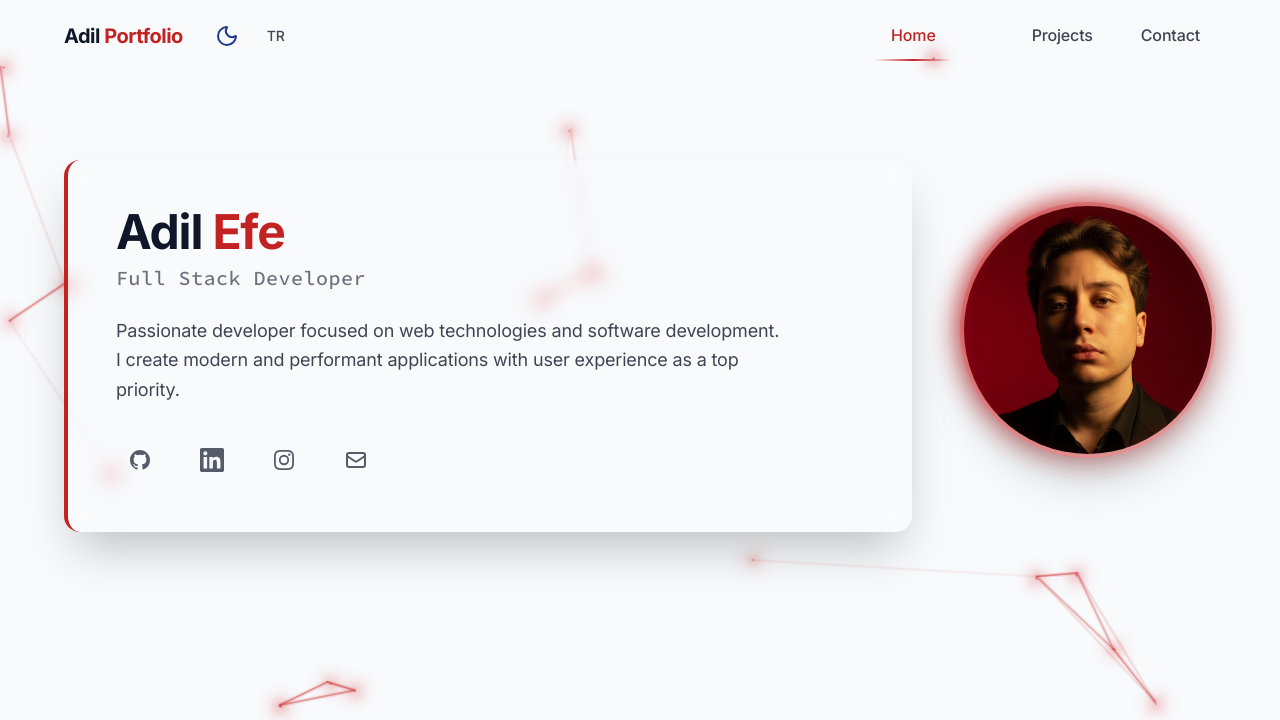
Repository: jusiann/personal-portfolio
Page: / (app in my-portfolio/)
These files come from the project's save history. The page is drawn as it stood at one moment and after the next save; the edit follows.
The browser window is 1280 px wide. The pictures show the whole page.
The project was rebuilt for these pictures with package versions that can differ from the ones it lists, and the page was loaded fresh each time. Also part of the build but not shown: my-portfolio/vite.config.js, my-portfolio/src/pages/About.jsx, my-portfolio/src/pages/Projects.jsx, my-portfolio/src/pages/Contact.jsx, my-portfolio/src/pages/NotFound.jsx.

Above is the page before, as saved 2025-11-20 15:08:46.

### my-portfolio/index.html
<!doctype html>
<html lang="en">
  <head>
    <meta charset="UTF-8" />
    <link rel="icon" type="image/svg+xml" href="/vite.svg" />
    <meta name="viewport" content="width=device-width, initial-scale=1.0" />
    <link rel="preconnect" href="https://fonts.googleapis.com">
    <link rel="preconnect" href="https://fonts.gstatic.com" crossorigin>
    <link href="https://fonts.googleapis.com/css2?family=Inter:wght@300;400;500;600;700;800&family=Source+Code+Pro:wght@400;500;600&display=swap" rel="stylesheet">
    <title>my-portfolio</title>
  </head>
  <body>
    <div id="root"></div>
    <script type="module" src="/src/main.jsx"></script>
  </body>
</html>

### my-portfolio/src/App.jsx
import { BrowserRouter, Routes, Route, Navigate, useLocation } from "react-router-dom"
import { AnimatePresence } from "framer-motion"
import { Home } from "./pages/Home";
import { About } from "./pages/About";
import { Projects } from "./pages/Projects";
import { Contact } from "./pages/Contact";
import { NotFound } from "./pages/NotFound";

function AnimatedRoutes() {
  const location = useLocation();

  return (
    <AnimatePresence mode="wait">
      <Routes location={location} key={location.pathname}>

        {/* TURKISH ROUTES */}
        <Route path="/" element={<Navigate to="/en" replace />} />
        <Route path="/tr" element={<Home />}/>
        <Route path="/tr/about" element={<About />}/>
        <Route path="/tr/projects" element={<Projects />}/>
        <Route path="/tr/contact" element={<Contact />}/>

        {/* ENGLISH ROUTES */}
        <Route path="/en" element={<Home />}/>
        <Route path="/en/about" element={<About />}/>
        <Route path="/en/projects" element={<Projects />}/>
        <Route path="/en/contact" element={<Contact />}/>
        <Route path="*" element={<NotFound />} />
      </Routes>
    </AnimatePresence>
  );
}

function App() {
  return (
    <BrowserRouter>
      <AnimatedRoutes />
    </BrowserRouter>
  )
}

export default App

### my-portfolio/src/pages/Home.jsx
import {CrimsonWebBackground} from "../components/CrimsonWebBackground";
import {Navbar} from "../components/Navbar";
import {PageTransition} from "../components/PageTransition";
import {HomeCard} from "../components/HomeCard";

export const Home = () => {
    return (
        <PageTransition>
        <div className="
                        min-h-screen
                        bg-background
                        text-foreground
                        overflow-x-hidden">

            {/* BACKGROUND EFFECTS */}
            <CrimsonWebBackground />

            {/* NAVBAR */}
            <Navbar />

            {/* MAIN CONTENT */}
            <HomeCard />
        </div>
        </PageTransition>
    );
};

### my-portfolio/src/components/Navbar.jsx
import {cn} from "../lib/utils";
import {Menu, X} from "lucide-react";
import {useEffect, useState} from "react";
import {useLocation, Link} from "react-router-dom";
import {translations} from "../lib/translations";
import {ThemeToggle} from "./ThemeToggle";
import {LanguageToggle} from "./LanguageToggle";

export const Navbar = () => {
  const [isScrolled, setIsScrolled] = useState(false);
  const [isMenuOpen, setIsMenuOpen] = useState(false);
  const location = useLocation();
  const lang = location.pathname.startsWith('/en') ? 'en' : 'tr';

  const navItems = [
    { name: translations[lang].home, href: `/${lang}` },
    { name: translations[lang].skills, href: `/${lang}/skills`},
    { name: translations[lang].projects, href: `/${lang}/projects` },
    { name: translations[lang].contact, href: `/${lang}/contact` },
  ];

  const isActiveRoute = (href) => {
    if (href === `/${lang}`) {
      return location.pathname === `/${lang}` || location.pathname === `/${lang}/`;
    }
    return location.pathname.startsWith(href);
  };

  useEffect(() => {
    const handleScroll = () => {
      setIsScrolled(window.scrollY > 10);
    };

    window.addEventListener("scroll", handleScroll);
    return () => window.removeEventListener("scroll", handleScroll);
  }, []);

  return (
    <nav
      className={cn(
        "fixed top-0 left-0 right-0 w-full z-50 transition-all duration-300 py-5",
        isScrolled ? "bg-background/80 backdrop-blur-md shadow-lg" : "bg-transparent"
      )}
    >
      <div className="w-[90%] mx-auto flex items-center justify-between h-8">
        <div className="flex items-center gap-6">
          <a
            className="text-xl font-heading font-bold text-primary flex items-center"
            href="#hero"
          >
            <span className="relative z-10">
              <span className="text-glow/50 text-foreground"> Adil </span>{" "}
              Portfolio
            </span>
          </a>

          <div className="flex items-center gap-2">
            <ThemeToggle />
            <LanguageToggle />
          </div>
        </div>

        <div className="hidden md:flex items-center space-x-4">
          {
            navItems.map((item, key) => (
              <Link
                key={key}
                to={item.href}
                className={`relative px-4 py-3 font-medium transition-colors duration-300 group ${
                  isActiveRoute(item.href)
                    ? 'text-primary'
                    : 'text-foreground/80 hover:text-primary'
                }`}
              >
                <div className={`absolute bottom-0 left-0 w-full h-0.5 bg-linear-to-r from-transparent via-primary to-transparent transition-transform duration-500 origin-center ${
                  isActiveRoute(item.href)
                    ? 'scale-x-100'
                    : 'scale-x-0 group-hover:scale-x-100'
                }`}
                />

                <span className="relative z-10">
                  {item.name}
                </span>
              </Link>
          ))}
        </div>

        <button
          onClick={() => setIsMenuOpen((prev) => !prev)}
          className="md:hidden p-2 text-foreground z-50 hover:text-primary transition-colors duration-300"
          aria-label={isMenuOpen ? "Close Menu" : "Open Menu"}
        >
          {isMenuOpen ? <X size={24} /> : <Menu size={24} />}
        </button>

        <div
          className={cn(
            "fixed inset-0 bg-background/95 backdrop-blur-md z-40 flex flex-col items-center justify-center",
            "transition-all duration-300 md:hidden",
            isMenuOpen
              ? "opacity-100 pointer-events-auto"
              : "opacity-0 pointer-events-none"
          )}
        >
          <div className="flex flex-col space-y-8 text-xl">
            {
              navItems.map((item, key) => (
                <Link
                  key={key}
                  to={item.href}
                  className={`relative px-4 py-2 transition-colors duration-300 group ${
                    isActiveRoute(item.href)
                      ? 'text-primary'
                      : 'text-foreground/80 hover:text-primary'
                  }`}
                  onClick={() => setIsMenuOpen(false)}
                >
                  <div className={`absolute bottom-0 left-0 w-full h-0.5 bg-linear-to-r from-transparent via-primary to-transparent transition-transform duration-500 ${
                    isActiveRoute(item.href)
                      ? 'scale-x-100'
                      : 'scale-x-0 group-hover:scale-x-100'
                  }`} />

                  <span className="relative z-10">
                    {item.name}
                  </span>
                </Link>
            ))}
          </div>
        </div>
      </div>
    </nav>
  );
};

### my-portfolio/src/components/PageTransition.jsx
import {motion} from 'framer-motion';

export const PageTransition = ({ children }) => {
    return (
        <>
            {children}

            {/* LEFT TRIANGLE */}
            <motion.div
                className="fixed inset-0 bg-background z-100 pointer-events-none"
                style={{
                    clipPath: 'polygon(0% 0%, 100% 0%, 0% 100%)',
                }}
                initial={{ x: '0%' }}
                animate={{ x: '-100%' }}
                transition={{
                    duration: 0.6,
                    ease: [0.65, 0, 0.35, 1],
                    delay: 0.4
                }}
            />

            {/* RIGHT TRIANGLE */}
            <motion.div
                className="fixed inset-0 bg-background z-100 pointer-events-none"
                style={{
                    clipPath: 'polygon(100% 0%, 100% 100%, 0% 100%)',
                }}
                initial={{ x: '0%' }}
                animate={{ x: '100%' }}
                transition={{
                    duration: 0.6,
                    ease: [0.65, 0, 0.35, 1],
                    delay: 0.4
                }}
            />

            {/* RED DIAGONAL LINE */}
            <motion.div
                className="fixed inset-0 pointer-events-none z-101"
                style={{
                    background: 'linear-gradient(to bottom right, transparent calc(50% - 2px), rgb(220, 38, 38) calc(50% - 2px), rgb(220, 38, 38) calc(50% + 2px), transparent calc(50% + 2px))',
                    filter: 'drop-shadow(0 0 8px rgb(220, 38, 38))',
                }}
                initial={{ opacity: 1 }}
                animate={{ opacity: 0 }}
                transition={{
                    duration: 0.3,
                    ease: "easeOut",
                    delay: 0.3
                }}
            />
        </>
    );
};

### my-portfolio/src/components/HomeCard.jsx
import {HomeImage} from "./HomeImage";
import {SocialLinks} from "./SocialLinks";
import {useLanguage} from "../lib/utils";

export const HomeCard = () => {
    const {t} = useLanguage();

    return (
        <div className="relative w-[90%] mx-auto py-8 mt-32 flex items-center gap-12">
            <div
                className="
                    relative
                    flex-1
                    bg-card/10
                    backdrop-blur-sm
                    rounded-2xl
                    border-l-4
                    border-primary
                    shadow-2xl
                    p-8
                    md:p-12
                    transition-all
                    duration-500
                    hover:scale-[1.01]
                    animate-fade-in
                "
            >
                <div className="relative z-10">
                    <div className="md:hidden mb-8">
                        <HomeImage
                            src="/src/assets/images/profile_photo.png"
                            alt={`${t('profile_name')} ${t('profile_surname')}`}
                        />
                    </div>

                    <div className="text-center md:text-left mb-6 animate-fade-in-delay-2">
                        <h1 className="
                            text-4xl
                            md:text-5xl
                            font-heading
                            font-bold
                            text-foreground
                            mb-2
                            tracking-tight
                        ">
                            {t('profile_name')}{' '}
                            <span className="text-primary">
                                {t('profile_surname')}
                            </span>
                        </h1>
                        <p className="
                            text-lg
                            md:text-xl
                            text-foreground/60
                            font-code
                        ">
                            {t('hero_subtitle')}
                        </p>
                    </div>

                    <div className="
                        text-center
                        md:text-left
                        mb-8
                        max-w-2xl
                        animate-fade-in-delay-2
                    ">
                        <p className="
                            text-base
                            md:text-lg
                            text-foreground/80
                            leading-relaxed
                        ">
                            {t('profile_tagline')}
                        </p>
                    </div>

                    <SocialLinks />
                </div>
            </div>

            <div className="hidden md:block">
                <HomeImage
                    src="/src/assets/images/profile_photo.png"
                    alt={`${t('profile_name')} ${t('profile_surname')}`}
                />
            </div>

            <div
                className="
                    absolute
                    -inset-4
                    bg-primary/5
                    blur-3xl
                    -z-10
                    opacity-50
                    animate-pulse-subtle
                "
            />
        </div>
    );
};

### my-portfolio/src/components/ThemeToggle.jsx
import {useEffect, useState} from 'react';
import {Sun, Moon} from 'lucide-react';
import {cn} from '../lib/utils';
import {motion, AnimatePresence} from 'framer-motion';

export const ThemeToggle = () => {
    const [isDarkMode, setIsDarkMode] = useState(false);
    const [isTransitioning, setIsTransitioning] = useState(false);

    useEffect(() => {
        const storedTheme = localStorage.getItem("theme");
        if (storedTheme === "dark") {
            document.documentElement.classList.add("dark");
            setIsDarkMode(true);
        } else {
            document.documentElement.classList.remove("dark");
            setIsDarkMode(false);
        }
    }, []);

    const toggleTheme = () => {
        setIsTransitioning(true);

        setTimeout(() => {
            if (isDarkMode) {
                document.documentElement.classList.remove("dark");
                localStorage.setItem("theme", "light");
                setIsDarkMode(false);
            } else {
                document.documentElement.classList.add("dark");
                localStorage.setItem("theme", "dark");
                setIsDarkMode(true);
            }
        }, 350);

        setTimeout(() => {
            setIsTransitioning(false);
        }, 800);
    };

    return (
        <>
            <button
                onClick={toggleTheme}
                className={cn(
                    "p-2 rounded-full transition-all duration-300",
                    "hover:scale-110 active:scale-95",
                    "focus:outline-hidden"
                )}
            >
                {
                    isDarkMode ? (
                        <Sun className='h-6 w-6 text-yellow-300' />
                    ) : (
                        <Moon className='h-6 w-6 text-blue-900' />
                    )
                }

                {/* <div className="relative w-6 h-6">
                    <Sun
                        className={cn(
                            'absolute inset-0 h-6 w-6 text-yellow-300 transition-all duration-500',
                            isDarkMode ? 'rotate-0 scale-100 opacity-100' : 'rotate-90 scale-0 opacity-0'
                        )}
                    />
                    <Moon
                        className={cn(
                            'absolute inset-0 h-6 w-6 text-blue-900 transition-all duration-500',
                            isDarkMode ? '-rotate-90 scale-0 opacity-0' : 'rotate-0 scale-100 opacity-100'
                        )}
                    />
                </div> */}

            </button>

            {/* THEME TRANSITION */}
            <AnimatePresence>
                {isTransitioning && (
                    <>
                        {/* LEFT TRIANGLE */}
                        <motion.div
                            className="fixed inset-0 bg-background z-200 pointer-events-none"
                            style={{
                                clipPath: 'polygon(0% 0%, 100% 0%, 0% 100%)',
                            }}
                            initial={{ x: '0%' }}
                            animate={{ x: '-100%' }}
                            transition={{
                                duration: 0.6,
                                ease: [0.65, 0, 0.35, 1],
                                delay: 0.4
                            }}
                        />

                        {/* RIGHT TRIANGLE */}
                        <motion.div
                            className="fixed inset-0 bg-background z-200 pointer-events-none"
                            style={{
                                clipPath: 'polygon(100% 0%, 100% 100%, 0% 100%)',
                            }}
                            initial={{ x: '0%' }}
                            animate={{ x: '100%' }}
                            transition={{
                                duration: 0.6,
                                ease: [0.65, 0, 0.35, 1],
                                delay: 0.4
                            }}
                        />

                        {/* RED DIAGONAL LINE */}
                        <motion.div
                            className="fixed inset-0 pointer-events-none z-201"
                            style={{
                                background: 'linear-gradient(to bottom right, transparent calc(50% - 2px), rgb(220, 38, 38) calc(50% - 2px), rgb(220, 38, 38) calc(50% + 2px), transparent calc(50% + 2px))',
                                filter: 'drop-shadow(0 0 8px rgb(220, 38, 38))',
                            }}
                            initial={{ opacity: 1 }}
                            animate={{ opacity: 0 }}
                            transition={{
                                duration: 0.3,
                                ease: "easeOut",
                                delay: 0.3
                            }}
                        />
                    </>
                )}
            </AnimatePresence>
        </>
    );
};

### my-portfolio/src/components/LanguageToggle.jsx
import {useNavigate, useLocation } from 'react-router-dom';
import {cn} from '../lib/utils';

export const LanguageToggle = () => {
    const navigate = useNavigate();
    const location = useLocation();
    const currentLang = location.pathname.startsWith('/en') ? 'en' : 'tr';

    const toggleLanguage = () => {
        const newLang = currentLang === 'tr' ? 'en' : 'tr';
        navigate(`/${newLang}${location.hash}`);
    };

    return (
        <button
            onClick={toggleLanguage}
            className={cn(
                "px-3 py-2 transition-all duration-300",
                "hover:scale-110 active:scale-95",
                "focus:outline-none text-foreground/80 hover:text-foreground",
                "text-sm font-medium uppercase"
            )}
        >
            {currentLang === 'tr' ? 'EN' : 'TR'}
        </button>
    );
};

### my-portfolio/src/components/HomeImage.jsx
export const HomeImage = ({ src, alt = "Profile" }) => {
    return (
        <div className="flex justify-center mb-8 animate-fade-in-delay-1">

            { /* OUTER GLOW CIRCLE */ }
            <div
                className="
                    relative
                    group
                    animate-pulse-subtle
                "
            >
                {/* GRADIENT BORDER CIRCLE */}
                <div
                    className="
                        absolute
                        -inset-1
                        bg-linear-to-br
                        from-primary
                        via-primary/60
                        to-primary/30
                        rounded-full
                        blur-md
                        group-hover:blur-lg
                        transition-all
                        duration-300
                    "
                />

                {/* IMAGE CONTAINER */}
                <div
                    className="
                        relative
                        w-40
                        h-40
                        md:w-64
                        md:h-64
                        rounded-full
                        overflow-hidden
                        border-4
                        border-primary/20
                        shadow-2xl
                        group-hover:scale-105
                        transition-transform
                        duration-300
                    "
                >
                    <img
                        src={src}
                        alt={alt}
                        className="
                            w-full
                            h-full
                            object-cover
                            filter
                            group-hover:brightness-110
                            transition-all
                            duration-300
                        "
                    />
                </div>

                {/* INNER GLOW */}
                <div
                    className="
                        absolute
                        inset-0
                        rounded-full
                        shadow-[inset_0_0_20px_rgba(220,38,38,0.2)]
                        pointer-events-none
                    "
                />
            </div>
        </div>
    );
};

Loaded but not shown: my-portfolio/src/main.jsx (common file); my-portfolio/src/lib/translations.js (library); my-portfolio/src/lib/utils.js (19 lines, source omitted); my-portfolio/src/components/SocialLinks.jsx (119 lines, source omitted); my-portfolio/src/index.css (267 lines, source omitted); my-portfolio/src/components/CrimsonWebBackground.jsx (183 lines, source omitted)

After the next save:
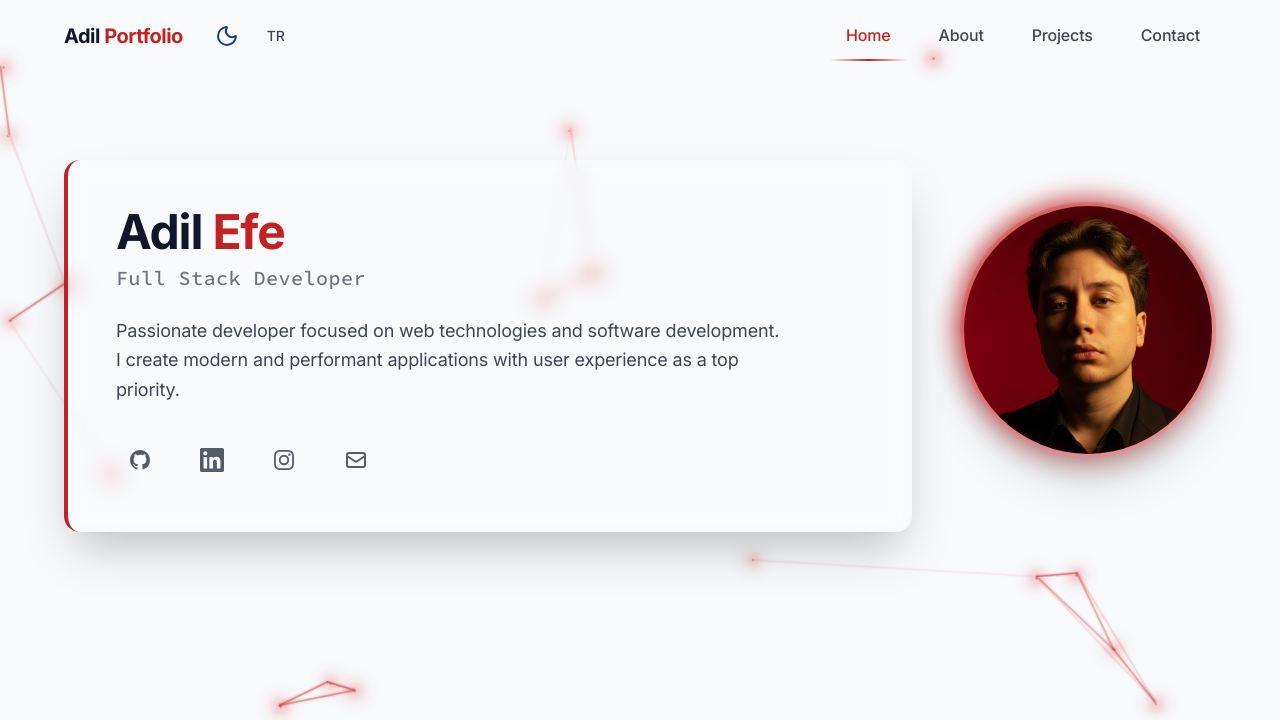
Saved 20 s later.
--- a/my-portfolio/src/components/Navbar.jsx
+++ b/my-portfolio/src/components/Navbar.jsx
@@ -14,7 +14,7 @@ export const Navbar = () => {
 
   const navItems = [
     { name: translations[lang].home, href: `/${lang}` },
-    { name: translations[lang].skills, href: `/${lang}/skills`},
+    { name: translations[lang].about, href: `/${lang}/about`},
     { name: translations[lang].projects, href: `/${lang}/projects` },
     { name: translations[lang].contact, href: `/${lang}/contact` },
   ];
